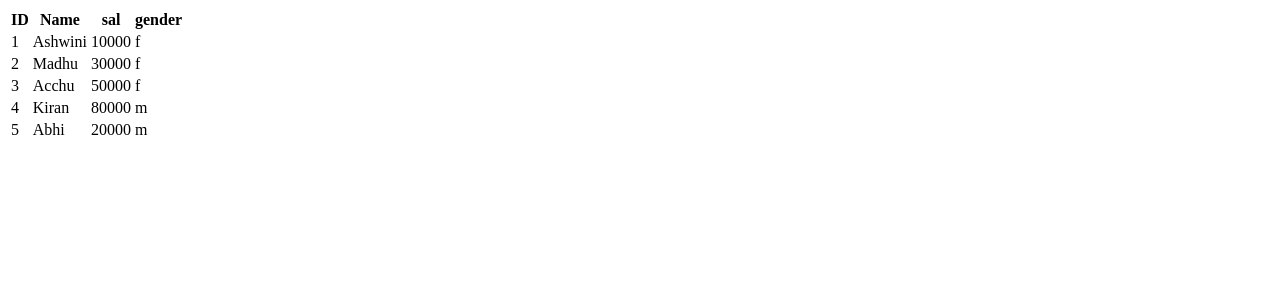
Repository: ashwinibd6697/ust-19sep-ashwinibd
Page: ust-java/webapp/WebContent/emp.html
An editor plug-in stored every save of this project. The page is shown before and after the next save, followed by the edit.
The browser window is 1280 px wide. The pictures show the whole page.

Above is the page before, as saved 2019-11-14 08:18:03.

After the next save:
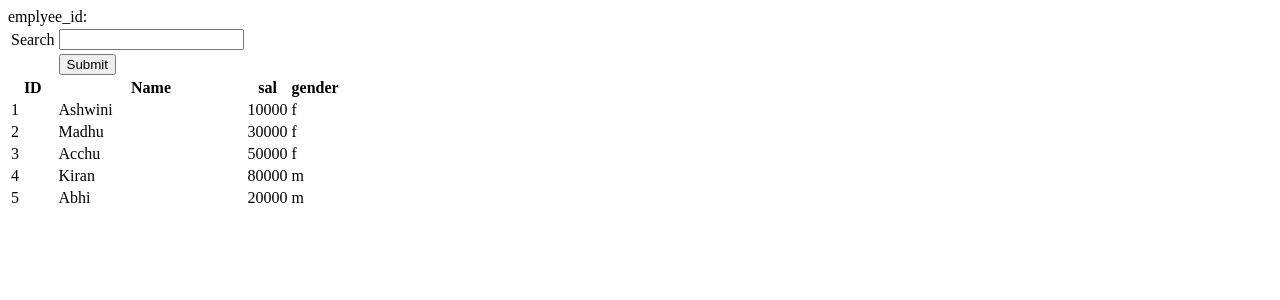
Saved 5 min 30 s later.
--- a/ust-java/webapp/WebContent/emp.html
+++ b/ust-java/webapp/WebContent/emp.html
@@ -7,6 +7,15 @@
 <body>
    <form action="">
    <table>
+   <tr>
+   emplyee_id:
+				<td>Search</td>
+				<td><input name="search" type="text"></td>
+			</tr>
+			<tr>
+				<td></td>
+				<td><input type="submit"></td>
+			</tr>
 
    <tr>
    <th>ID</th>
